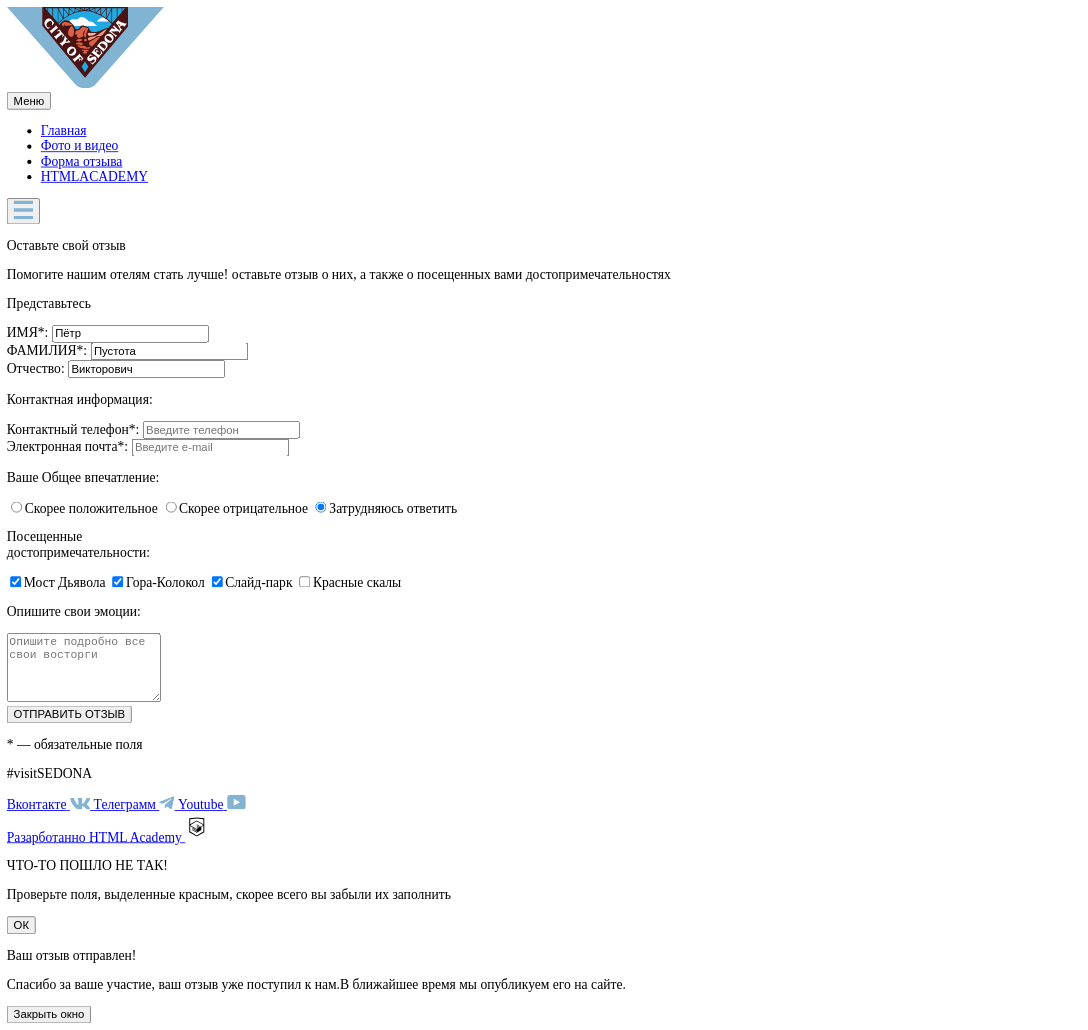
Repository: iKrekus/2149661-sedona-27
Page: source/form.html
These files come from the project's save history. The page is drawn as it stood at one moment and after the next save; the edit follows.
The browser window is 1280 px wide. The pictures show the whole page, at 85% of full size.

Above is the page before, as saved 2022-11-28 20:58:48.

After the next save:
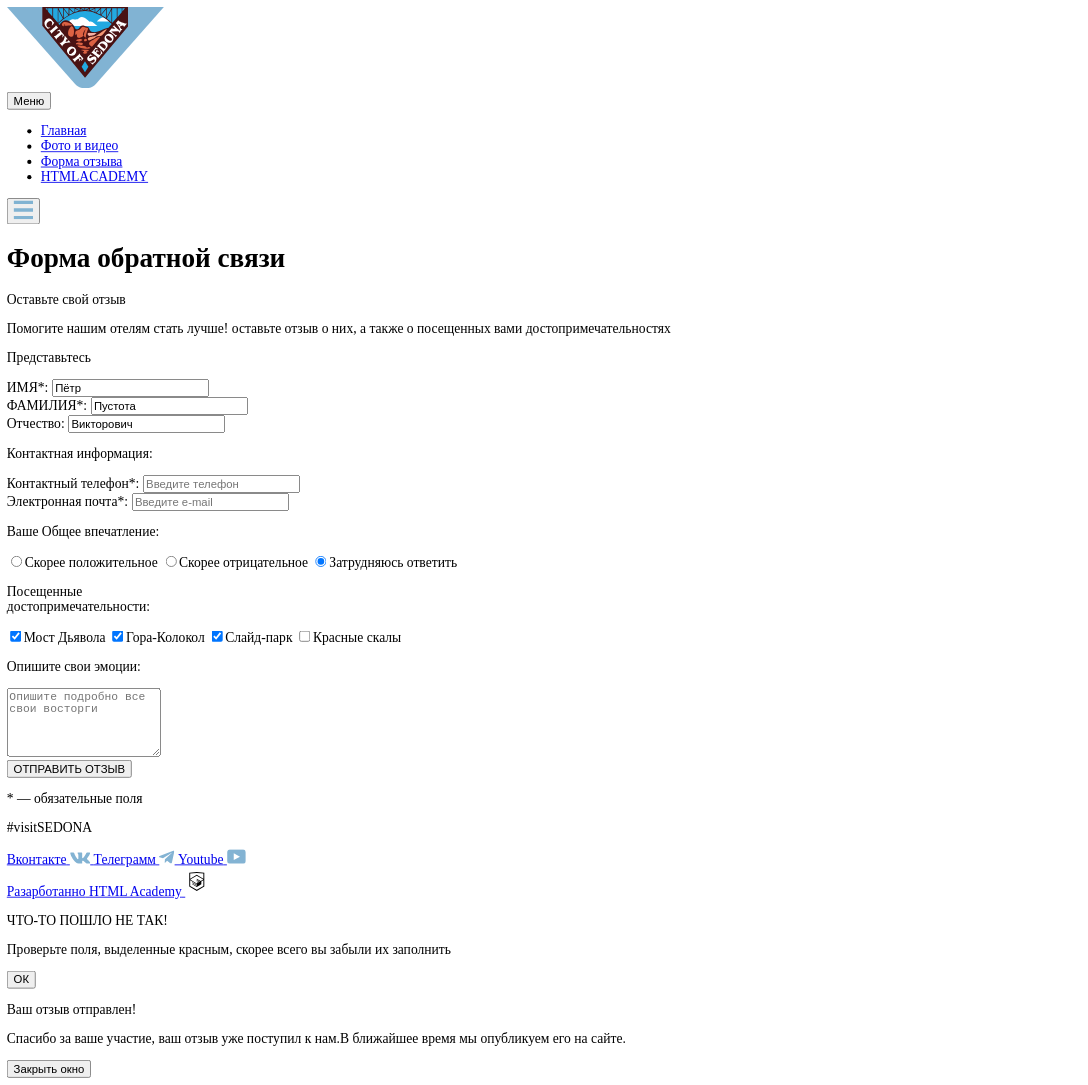
Saved 60 s later.
--- a/source/form.html
+++ b/source/form.html
@@ -43,6 +43,7 @@
       </nav>
     </header>
     <main class="form-container">
+      <h1 class="visually-hidden">Форма обратной связи</h1>
       <form class="feedback-form" action="https://echo.htmlacademy.ru/" method="post">
         <div class="feedback-form-wrapper">
           <p class="feedback-form__title">
